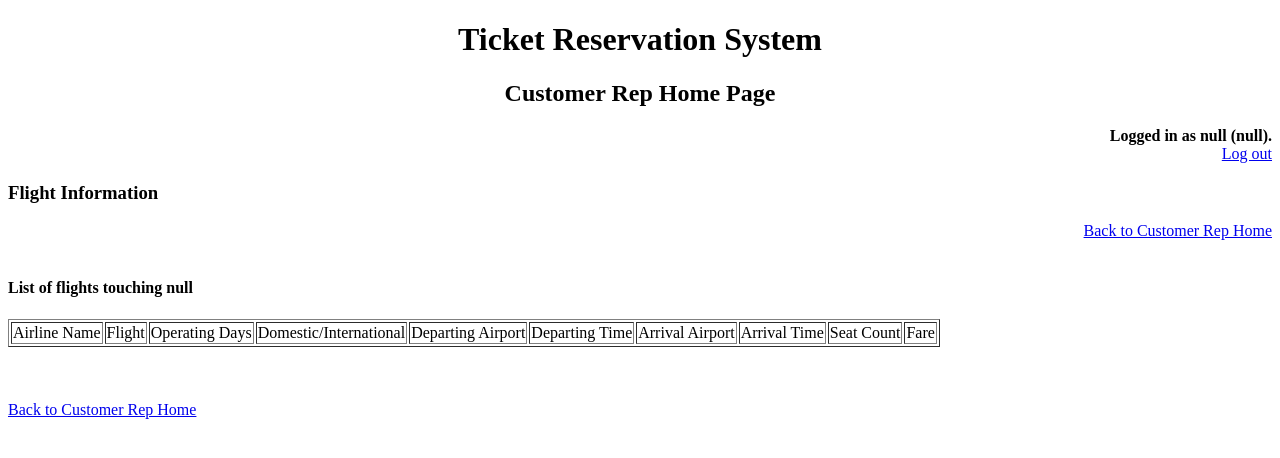
Repository: Pheazon/data_management
Page: http://localhost/cs336Final/flightsGivenAirport.jsp
An editor plug-in stored every save of this project. The page is shown before and after the next save, followed by the edit.
The browser window is 1280 px wide. The pictures show the whole page.
The page is served by Tomcat 9. Queries for data that is not in the repository find no rows.

Above is the page before, as saved 2019-12-13 02:12:04.

### cs336Final/WebContent/flightsGivenAirport.jsp
<%@ page language="java" contentType="text/html; charset=ISO-8859-1"
	pageEncoding="ISO-8859-1" import="com.cs336.pkg.*"%>
<%@ page import="java.io.*,java.util.*,java.sql.*"%>
<%@ page import="javax.servlet.http.*,javax.servlet.*"%>
<!DOCTYPE html PUBLIC "-//W3C//DTD HTML 4.01 Transitional//EN" "http://www.w3.org/TR/html4/loose.dtd">
<html>
<head>
<meta http-equiv="Content-Type" content="text/html; charset=ISO-8859-1">
<title>View Flights Airport</title>
</head>
<body>


<h1 align="center">Ticket Reservation System</h1>
<h2 align="center">Customer Rep Home Page</h2>

<div align="right"> <b> Logged in as
<%=session.getAttribute("username")%> (<%=session.getAttribute("userType") %>).
</b> <br>
<a href='../LogOut.jsp'>Log out</a>
</div>


<h3>Flight Information</h3>
<div align='right'><a href="../HomePages/CustomerRepHome.jsp">Back to Customer Rep Home</a></div> <br>

<h4>List of flights touching
<%=request.getParameter("airportID")%>
</h4>

<%

/* try{ */

		String airportID = request.getParameter("airportID");


		ApplicationDB db = new ApplicationDB();
		Connection con = db.getConnection();
		PreparedStatement ps = null;
		Class.forName("com.mysql.jdbc.Driver").newInstance();
		Connection conn = db.getConnection();

		Statement statement = con.createStatement();

		/* Big ass query.  Joins tables and merges days_occurs into one column */
		String command = "select name, concat(airlineID, flightNumber) flight, group_concat(weekday) weekdays, dominter,  " +
				"deptairportID, deptTime, arrairportID, arrivalTime, seatCount, fare " +
				"from Flight_operates " +
				"join Airlines using (airlineID) " +
				"join Days_occurs using (airlineID, flightNumber) " +
				"join Runs using (airlineID, flightNumber) " +
				"join Routes using (routeID) " +
				"join Depart using (routeID) " +
				"join Arrive using (routeID) " +
				"where deptairportID='"+ airportID +"' or arrairportID='"+ airportID +"' " +
				"group by flight, routeID";
		ResultSet result = statement.executeQuery(command);

		//Make an HTML table to show the results in:
		out.print("<table border='1'>");

		//make a row
		out.print("<tr>");

		//make a column
		out.print("<td>");
		out.print("Airline Name");
		out.print("</td>");

		//make a column
		out.print("<td>");
		out.print("Flight");
		out.print("</td>");

		//make a column
		out.print("<td>");
		out.print("Operating Days");
		out.print("</td>");

		//make a column
		out.print("<td>");
		out.print("Domestic/International");
		out.print("</td>");

		//make a column
		out.print("<td>");
		out.print("Departing Airport");
		out.print("</td>");

		//make a column
		out.print("<td>");
		out.print("Departing Time");
		out.print("</td>");

		//make a column
		out.print("<td>");
		out.print("Arrival Airport");
		out.print("</td>");

		//make a column
		out.print("<td>");
		out.print("Arrival Time");
		out.print("</td>");

		//make a column
		out.print("<td>");
		out.print("Seat Count");
		out.print("</td>");


		//make a column
		out.print("<td>");
		out.print("Fare");
		out.print("</td>");

		out.print("</tr>");


		//parse out the results
		while (result.next()) {
			//make a row
			out.print("<tr>");
			//make a column
			out.print("<td>");
			out.print(result.getString("name"));
			out.print("</td>");
			out.print("<td>");
			out.print(result.getString("flight"));
			out.print("</td>");
			out.print("<td>");
			out.print(result.getString("weekdays"));
			out.print("</td>");
			out.print("<td>");
			out.print(result.getString("dominter"));
			out.print("</td>");
			out.print("<td>");
			out.print(result.getString("deptairportID"));
			out.print("</td>");
			out.print("<td>");
			out.print(result.getString("deptTime"));
			out.print("</td>");
			out.print("<td>");
			out.print(result.getString("arrairportID"));
			out.print("</td>");
			out.print("<td>");
			out.print(result.getString("arrivalTime"));
			out.print("</td>");
			out.print("<td>");
			out.print(result.getString("seatCount"));
			out.print("</td>");
			out.print("<td>");
			out.print(result.getString("fare"));
			out.print("</td>");
			out.print("</tr>");
		}
		out.print("</table>");

		result.close();
		statement.close();
		con.close();

/* } catch (Exception e){

} */

%>

<br><br><br>
<a href="../HomePages/CustomerRepHome.jsp">Back to Customer Rep Home</a>


</body>
</html>

### cs336Final/src/com/cs336/pkg/ApplicationDB.java
package com.cs336.pkg;

import java.sql.Connection;
import java.sql.DriverManager;
import java.sql.SQLException;

public class ApplicationDB {

	public ApplicationDB(){

	}

	public Connection getConnection(){

		//Create a connection string
		String url = "jdbc:mysql://cs336db.cdnjviplnzua.us-east-2.rds.amazonaws.com:3306/BarBeerDrinkerSample";
		Connection connection = null;

		try {
			//Load JDBC driver - the interface standardizing the connection procedure. Look at WEB-INF\lib for a mysql connector jar file, otherwise it fails.
			Class.forName("com.mysql.jdbc.Driver").newInstance();
		} catch (InstantiationException e) {
			// TODO Auto-generated catch block
			e.printStackTrace();
		} catch (IllegalAccessException e) {
			// TODO Auto-generated catch block
			e.printStackTrace();
		} catch (ClassNotFoundException e) {
			// TODO Auto-generated catch block
			e.printStackTrace();
		}
		try {
			//Create a connection to your DB
			connection = DriverManager.getConnection(url,"cs336", "Rutgers123!");
		} catch (SQLException e) {
			// TODO Auto-generated catch block
			e.printStackTrace();
		}

		return connection;

	}

	public void closeConnection(Connection connection){
		try {
			connection.close();
		} catch (SQLException e) {
			// TODO Auto-generated catch block
			e.printStackTrace();
		}
	}





	public static void main(String[] args) {
		ApplicationDB dao = new ApplicationDB();
		Connection connection = dao.getConnection();

		System.out.println(connection);
		dao.closeConnection(connection);
	}



}

After the next save:
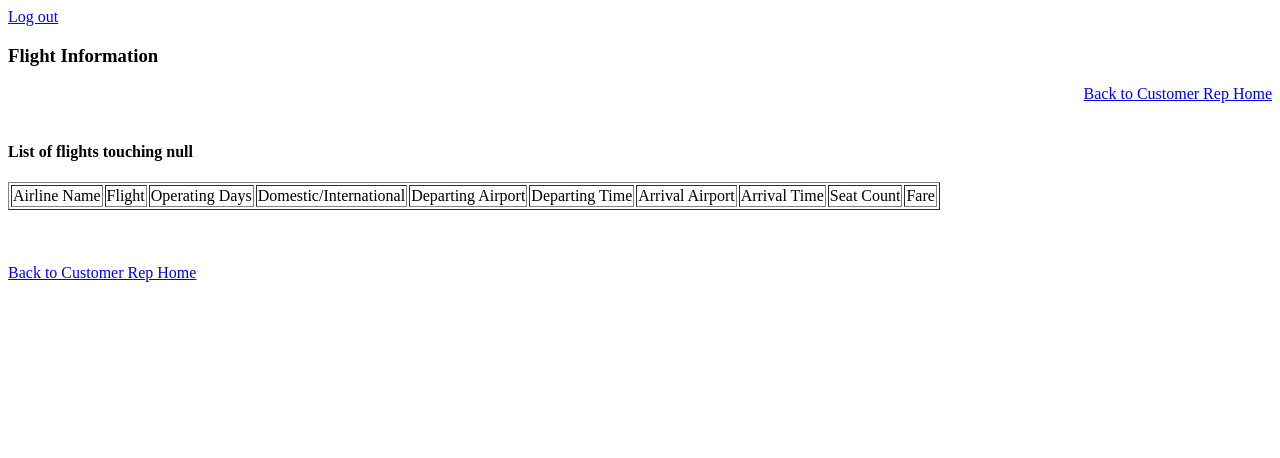
Saved 3 min 12 s later.
--- a/cs336Final/WebContent/flightsGivenAirport.jsp
+++ b/cs336Final/WebContent/flightsGivenAirport.jsp
@@ -11,14 +11,7 @@
 <body>
 
 
-<h1 align="center">Ticket Reservation System</h1>
-<h2 align="center">Customer Rep Home Page</h2>
-
-<div align="right"> <b> Logged in as
-<%=session.getAttribute("username")%> (<%=session.getAttribute("userType") %>).
-</b> <br>
 <a href='../LogOut.jsp'>Log out</a>
-</div>
 
 
 <h3>Flight Information</h3>
